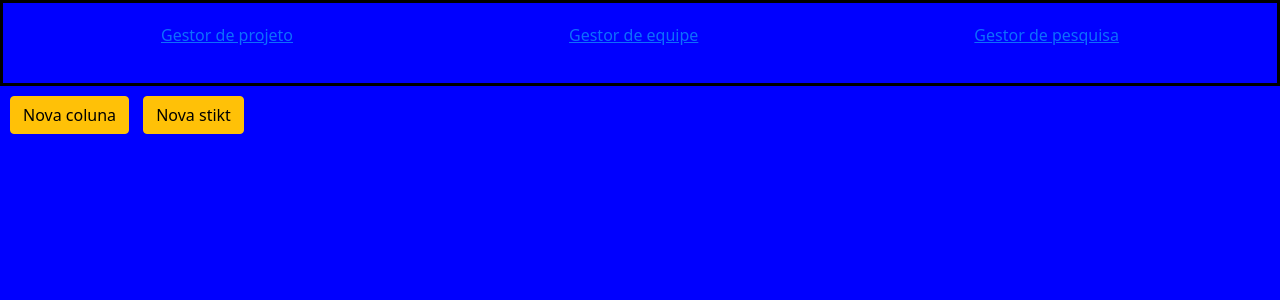
Repository: shadowruge/kanban
Page: index.html
These files come from the project's save history. The page is drawn as it stood at one moment and after the next save; the edit follows.
The browser window is 1280 px wide. The pictures show the whole page.

Above is the page before, as saved 2021-06-12 19:18:09.

### index.html
<!DOCTYPE html>
<html lang="en">
  <head>
    <meta charset="UTF-8" />
    <meta http-equiv="X-UA-Compatible" content="IE=edge" />
    <meta name="viewport" content="width=device-width, initial-scale=1.0" />
    <script src="https://cdn.jsdelivr.net/npm/@popperjs/core@2.9.2/dist/umd/popper.min.js" integrity="sha384-IQsoLXl5PILFhosVNubq5LC7Qb9DXgDA9i+tQ8Zj3iwWAwPtgFTxbJ8NT4GN1R8p" crossorigin="anonymous"></script>
<script src="https://cdn.jsdelivr.net/npm/bootstrap@5.0.1/dist/js/bootstrap.min.js" integrity="sha384-Atwg2Pkwv9vp0ygtn1JAojH0nYbwNJLPhwyoVbhoPwBhjQPR5VtM2+xf0Uwh9KtT" crossorigin="anonymous"></script>

    <script src="https://cdn.jsdelivr.net/npm/bootstrap@5.0.1/dist/js/bootstrap.bundle.min.js" integrity="sha384-gtEjrD/SeCtmISkJkNUaaKMoLD0//ElJ19smozuHV6z3Iehds+3Ulb9Bn9Plx0x4" crossorigin="anonymous"></script>
    <link href="https://cdn.jsdelivr.net/npm/bootstrap@5.0.1/dist/css/bootstrap.min.css" rel="stylesheet" integrity="sha384-+0n0xVW2eSR5OomGNYDnhzAbDsOXxcvSN1TPprVMTNDbiYZCxYbOOl7+AMvyTG2x" crossorigin="anonymous">
    <link rel="stylesheet" href="style.css" />
    <script src="index.js"></script>
    <title id="Description">Shadow Kanban</title>
  </head>
  <body>
    <header>
      <nav class="nav">
        <p><a href="#">Gestor de projeto</a></p>
        <p><a href="#">Gestor de equipe</a></p>
        <p><a href="#">Gestor de pesquisa</a></p>
      </nav>
    </header>
    <!--botão-->

    <button type="button" class="btn btn-warning">Nova coluna</button>

    <button type="button" class="btn btn-warning">Nova stikt</button>
    <div class="Linha" style="width:600px;">
      <!-- RECEBE DIVS DINAMICAS -->
      </div>
  </body>
  <script>

  </script>
</html>

### style.css
* {
  margin: 0;
  padding: 0;
  border: 0;
}

body{
  background-color:blue;
}

#kanban {
  width: 97%;
  color: white;
  text-align: center;
  display: flex;
  flex-wrap: wrap;
}

.nav {
  border: 3px solid black;
  padding: 20px;
  display: flex;
  justify-content: space-around;
  flex-wrap: wrap;
}

.ideias,
.pesquisa,
.progresso,
.testes,
.pronto {
  margin-top: 5px;
  margin-left: auto;
}

.membros,
.membros-lideres {
  margin-left: 150px;
}

.d-flex {
  display: flex !important;
}

.flex-column {
  flex-direction: column !important;
}

.board {
  padding: 20px;
}

.board-column {
  margin-left: 20px;
}

.column-body {
  margin-top: 2em;
}

.card textarea {
  resize: none;
}

.sticker {
  width: 180px;
  height: 180px;
  }

  button {
  margin-top: 10px;
  margin-left: 10px;
  }

### index.js
function dragStartHandler(ev) {
  ev.dataTransfer.setData("application/my-app", ev.target.id);
  ev.dataTransfer.effectAllowed = "move";
}

function dragCardStart(e) {
  console.log(e);
}

function dragOvertHandler(ev) {
  ev.preventDefault();
  ev.dataTransfer.dropEffect = "move";
}

function dropHandler(ev) {
  ev.preventDefault();
  const data = ev.dataTransfer.getData("application/my-app");
  ev.target.appendChild(document.getElementById(data));
}

function handleInputKeys({ key }) {
  switch (key) {
    case "Enter":
      break;

    default:
      break;
  }
}

const onInputClick = (e) => {
  e.preventDefault();
  e.stopPropagation();
  e.target.disabled = false;
  e.target.focus();
};

const onInputLostFocus = (e) => {
  console.log(e);
  e.target.disabled = true;
};

function addNewCard(e) {
  //   console.log(e);
  //   console.log(column);
  //   console.log(body);
  //   console.log(body.children);
  //   console.log(body.children[0].getAttributeNames());
  const [, , , column] = e.path;
  const [, body] = column.children;
  const addButton = body.children[body.children.length - 1];
  const card = document.createElement("div");
  const input = document.createElement("textarea");
  input.cols = 30;
  input.rows = 10;
  input.disabled = true;
  card.appendChild(input);
  card.classList.add("card");
  card.draggable = "true";
  card.addEventListener("click", onInputClick);
  card.addEventListener("focusout", onInputLostFocus);
  card.addEventListener("dragstart", dragCardStart);
  body.removeChild(addButton);
  body.appendChild(card);
  body.appendChild(addButton);
}

After the next save:
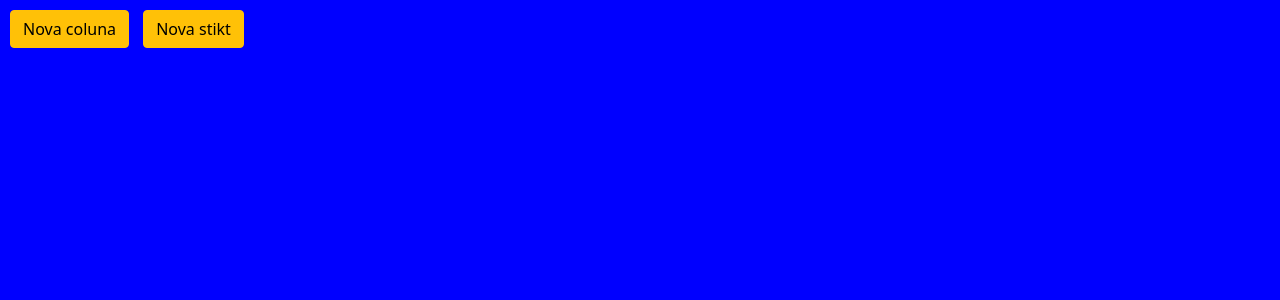
Saved 16 s later.
--- a/index.html
+++ b/index.html
@@ -14,13 +14,7 @@
     <title id="Description">Shadow Kanban</title>
   </head>
   <body>
-    <header>
-      <nav class="nav">
-        <p><a href="#">Gestor de projeto</a></p>
-        <p><a href="#">Gestor de equipe</a></p>
-        <p><a href="#">Gestor de pesquisa</a></p>
-      </nav>
-    </header>
+
     <!--botão-->
 
     <button type="button" class="btn btn-warning">Nova coluna</button>
